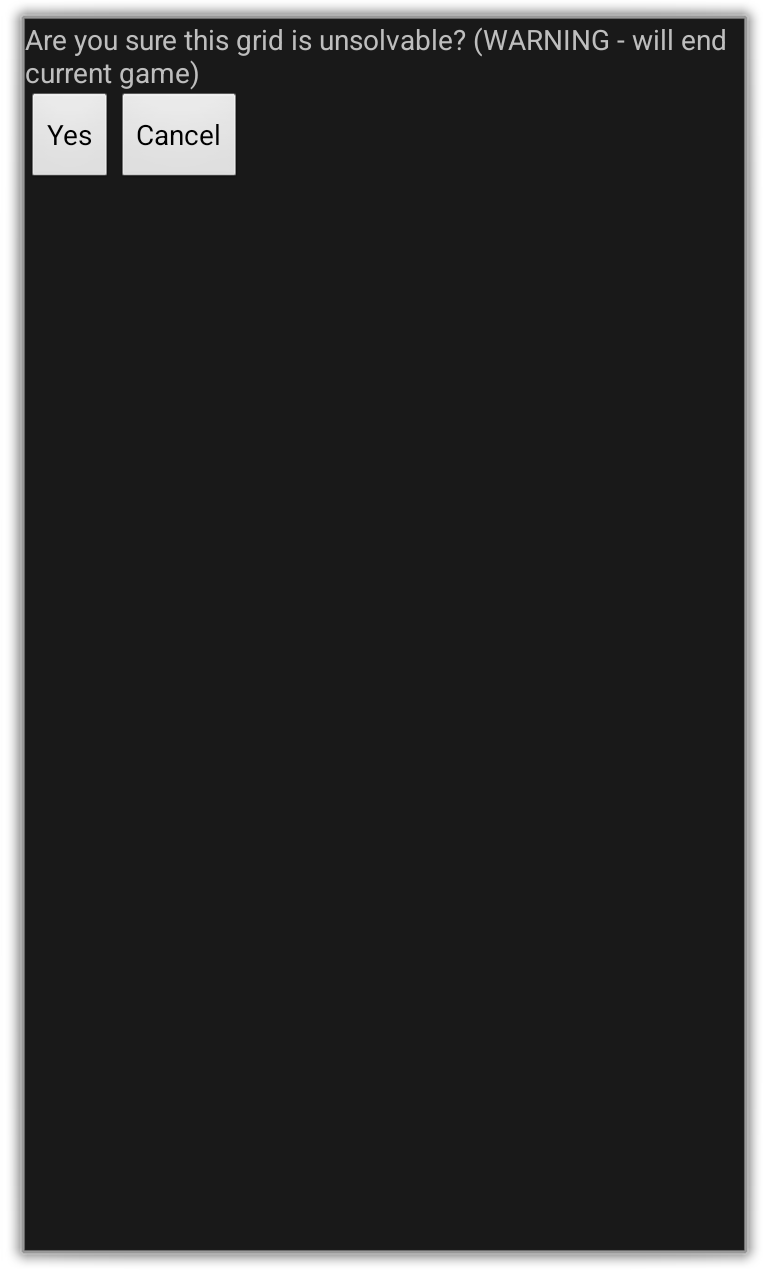
Repository: rickydalziel/project
Layout: Numbersorter/res/layout/activity_unsolve_dialog.xml
An editor plug-in stored every save of this project. The layout is shown before and after the next save, followed by the edit.
It is drawn on a 768 x 1280 px phone screen (xhdpi) without system bars, with theme android:Theme.Dialog; the app's code is not run.

Above is the layout before, as saved 2013-03-07 13:49:19.

### Numbersorter/res/layout/activity_unsolve_dialog.xml
<?xml version="1.0" encoding="utf-8"?>
<RelativeLayout xmlns:android="http://schemas.android.com/apk/res/android"
    android:layout_width="match_parent"
    android:layout_height="match_parent" >

    <TextView
        	android:id="@+id/unsolveabletext"
	        android:layout_width="fill_parent"
	        android:layout_height="wrap_content"
	        android:layout_gravity="center"
	        android:text="@string/unsolveable" />

    <Button
	           android:id="@+id/unsolve_yes_button"
	           android:layout_below="@id/unsolveabletext"
	           android:layout_width="wrap_content"
	           android:layout_height="wrap_content"
	           android:text="@string/yes"
	           android:onClick="yesPressed"/>

   <Button
	           android:id="@+id/unsolve_cancel_button"
	           android:layout_below="@id/unsolveabletext"
	           android:layout_toRightOf="@id/unsolve_yes_button"
	           android:layout_width="wrap_content"
	           android:layout_height="wrap_content"
	           android:text="@string/cancel"
	           android:onClick="cancelPressed"  />

</RelativeLayout>

### Numbersorter/res/values/strings.xml
<?xml version="1.0" encoding="utf-8"?>
<resources>

    <!-- Main menu strings -->

    <string name="app_name">Numbersorter</string>
    <string name="main_menu">Main Menu</string>
    <string name="menu_settings">Settings</string>
    <string name="title_activity_main">Number Sorter</string>
    <string name="new_game">New Game</string>
    <string name="continue_game">Continue</string>
    <string name="about">About</string>
    <string name="exit_game">Exit</string>

    <!-- About scree strings -->

    <string name="about_app">About Numbersorter</string>
    <string name="about_text">	    Numbersorter is a program written and desgned by Ricky Dalziel, for his 4th year honours project.
	    The aim of the game is to swipe a mxn grid of numbers into position so that they read from 1 - (m*n).
	</string>
    <string name="hello_world">Hello world!</string>
    <string name="title_activity_about">AboutActivity</string>

    <!-- New game dialog strings -->

    <string name="newgametext">Please select a board width and height</string>
    <string name="height">Height</string>
    <string name="width">Width</string>
    <string name="cancel">Cancel</string>

    <!-- Array options for the dialog box -->

    <string-array name="size_array">
        <item>3</item>
        <item>4</item>
        <item>5</item>
        <item>6</item>
    </string-array>

    <string name="title_activity_game">Game</string>
    <string name="title_activity_unsolve_dialog">Unsolveable?</string>
    <string name="unsolveable">Are you sure this grid is unsolvable? (WARNING -  will end current game)</string>
    <string name="yes">Yes</string>
    <string name="no">No</string>

</resources>

After the next save:
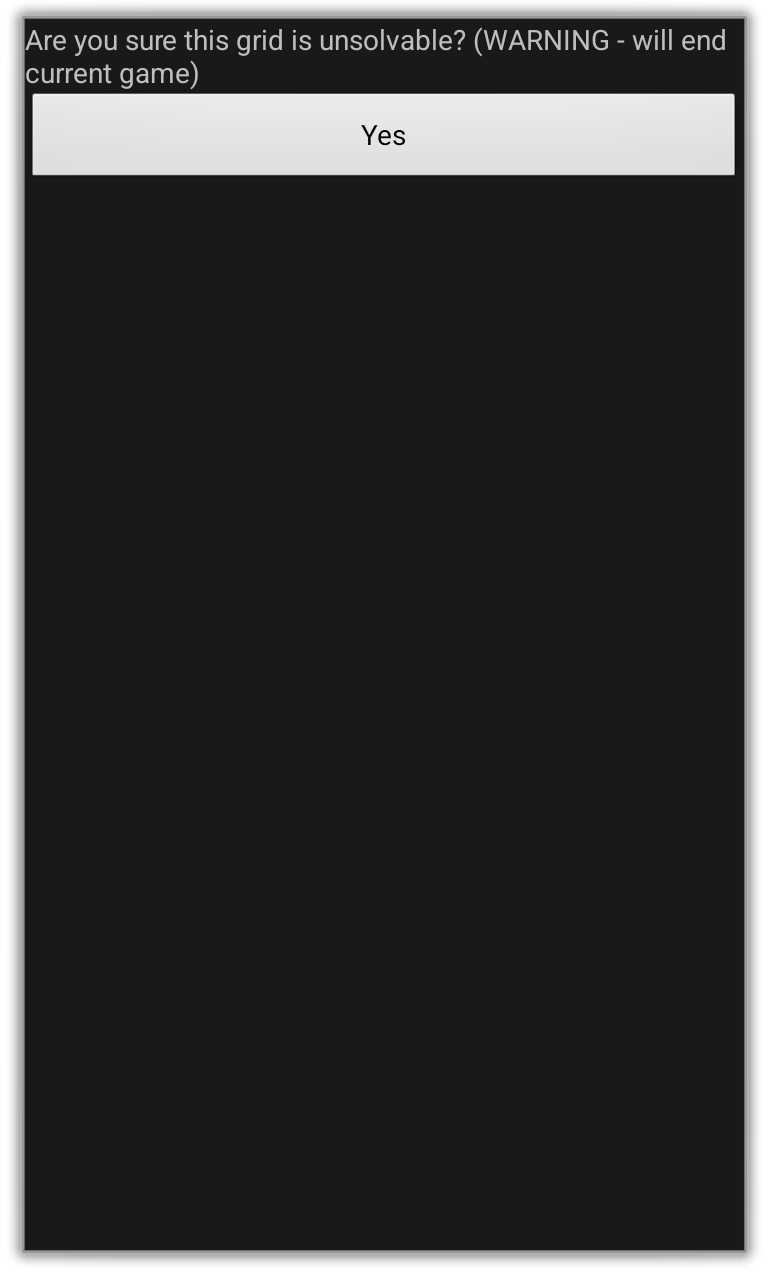
Saved 34 s later.
--- a/Numbersorter/res/layout/activity_unsolve_dialog.xml
+++ b/Numbersorter/res/layout/activity_unsolve_dialog.xml
@@ -13,7 +13,7 @@
     <Button
 	           android:id="@+id/unsolve_yes_button"
 	           android:layout_below="@id/unsolveabletext"
-	           android:layout_width="wrap_content"
+	           android:layout_width="fill_parent"
 	           android:layout_height="wrap_content"
 	           android:text="@string/yes"
 	           android:onClick="yesPressed"/>
@@ -22,7 +22,7 @@
 	           android:id="@+id/unsolve_cancel_button"
 	           android:layout_below="@id/unsolveabletext"
 	           android:layout_toRightOf="@id/unsolve_yes_button"
-	           android:layout_width="wrap_content"
+	           android:layout_width="fill_parent"
 	           android:layout_height="wrap_content"
 	           android:text="@string/cancel"
 	           android:onClick="cancelPressed"  />
